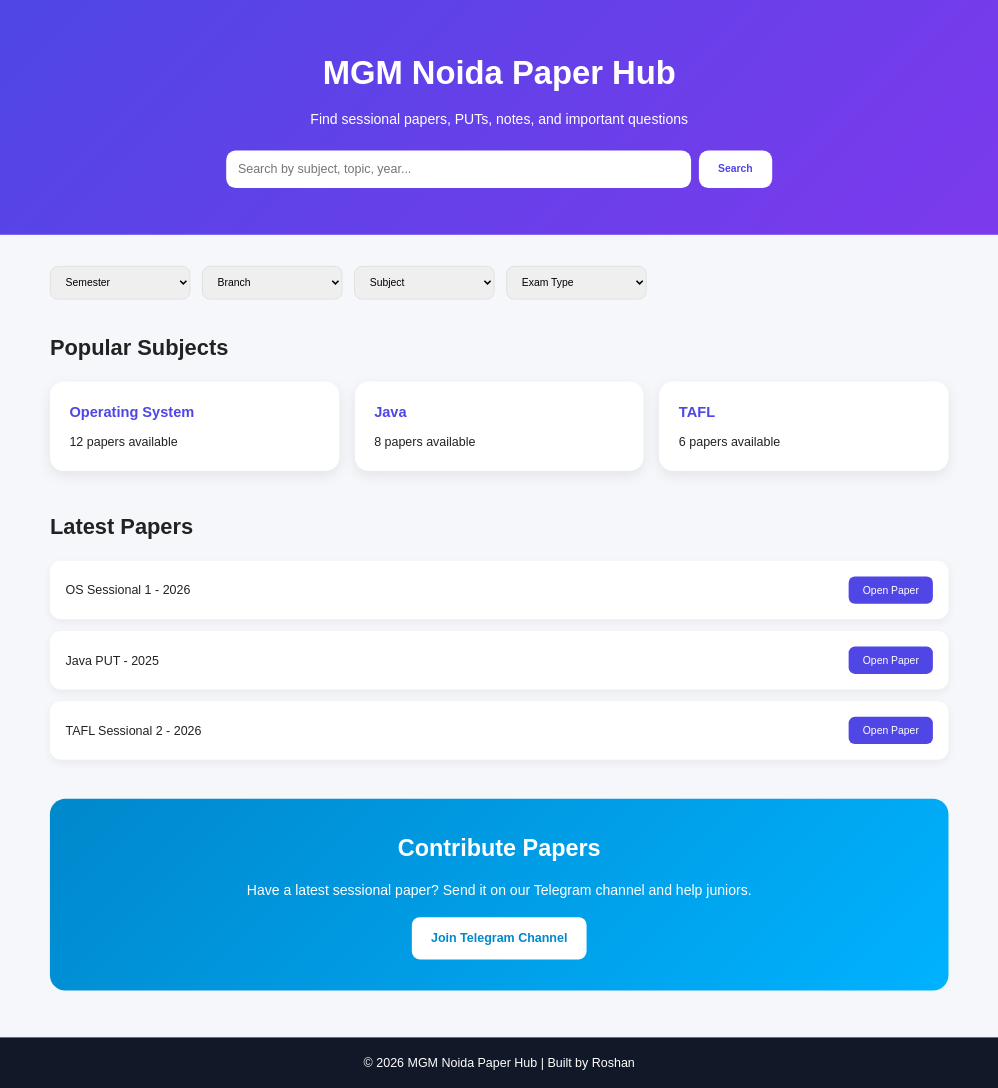
Repository: roshanworld/HackStudy
Page: home.html
An editor plug-in stored every save of this project. The page is shown before and after the next save, followed by the edit.
The browser window is 1280 px wide. The pictures show the whole page, at 78% of full size.

Above is the page before, as saved 2026-03-28 19:18:54.

### home.html
<!DOCTYPE html>
<html lang="en">
<head>
  <meta charset="UTF-8" />
  <meta name="viewport" content="width=device-width, initial-scale=1.0"/>
  <title>MGM Noida Paper Hub</title>
  <style>
    * {
      margin: 0;
      padding: 0;
      box-sizing: border-box;
      font-family: Arial, sans-serif;
    }

    body {
      background: #f5f7fb;
      color: #222;
      line-height: 1.6;
    }

    header {
      background: linear-gradient(135deg, #4f46e5, #7c3aed);
      color: white;
      padding: 60px 20px;
      text-align: center;
    }

    header h1 {
      font-size: 42px;
      margin-bottom: 12px;
    }

    header p {
      font-size: 18px;
      margin-bottom: 25px;
    }

    .search-box {
      max-width: 700px;
      margin: auto;
      display: flex;
      gap: 10px;
    }

    .search-box input {
      flex: 1;
      padding: 15px;
      border: none;
      border-radius: 12px;
      font-size: 16px;
      outline: none;
    }

    .search-box button {
      padding: 15px 25px;
      border: none;
      background: white;
      color: #4f46e5;
      font-weight: bold;
      border-radius: 12px;
      cursor: pointer;
    }

    .container {
      width: 90%;
      max-width: 1200px;
      margin: 40px auto;
    }

    .filters {
      display: flex;
      gap: 15px;
      flex-wrap: wrap;
      margin-bottom: 40px;
    }

    .filters select {
      padding: 12px 15px;
      border-radius: 10px;
      border: 1px solid #ddd;
      min-width: 180px;
    }

    .section-title {
      font-size: 28px;
      margin-bottom: 20px;
    }

    .cards {
      display: grid;
      grid-template-columns: repeat(auto-fit, minmax(250px, 1fr));
      gap: 20px;
      margin-bottom: 50px;
    }

    .card {
      background: white;
      padding: 25px;
      border-radius: 18px;
      box-shadow: 0 6px 18px rgba(0,0,0,0.08);
      transition: 0.3s;
    }

    .card:hover {
      transform: translateY(-5px);
    }

    .card h3 {
      margin-bottom: 10px;
      color: #4f46e5;
    }

    .paper-list {
      display: grid;
      gap: 15px;
      margin-bottom: 50px;
    }

    .paper-item {
      background: white;
      padding: 20px;
      border-radius: 14px;
      box-shadow: 0 4px 12px rgba(0,0,0,0.06);
      display: flex;
      justify-content: space-between;
      align-items: center;
    }

    .paper-item button {
      background: #4f46e5;
      color: white;
      border: none;
      padding: 10px 18px;
      border-radius: 8px;
      cursor: pointer;
    }

    .telegram-box {
      background: linear-gradient(135deg, #0088cc, #00b2ff);
      color: white;
      padding: 40px;
      border-radius: 20px;
      text-align: center;
    }

    .telegram-box h2 {
      margin-bottom: 15px;
      font-size: 30px;
    }

    .telegram-box p {
      margin-bottom: 20px;
      font-size: 18px;
    }

    .telegram-box a {
      display: inline-block;
      padding: 14px 25px;
      background: white;
      color: #0088cc;
      text-decoration: none;
      border-radius: 10px;
      font-weight: bold;
    }

    footer {
      margin-top: 60px;
      padding: 20px;
      text-align: center;
      background: #111827;
      color: white;
    }
  </style>
</head>
<body>

  <header>
    <h1>MGM Noida Paper Hub</h1>
    <p>Find sessional papers, PUTs, notes, and important questions</p>
    <div class="search-box">
      <input type="text" placeholder="Search by subject, topic, year..." />
      <button>Search</button>
    </div>
  </header>

  <div class="container">

    <div class="filters">
      <select>
        <option>Semester</option>
        <option>3rd</option>
        <option>4th</option>
        <option>5th</option>
      </select>

      <select>
        <option>Branch</option>
        <option>CSE</option>
        <option>IT</option>
        <option>ECE</option>
      </select>

      <select>
        <option>Subject</option>
        <option>Operating System</option>
        <option>Java</option>
        <option>TAFL</option>
      </select>

      <select>
        <option>Exam Type</option>
        <option>Sessional 1</option>
        <option>Sessional 2</option>
        <option>PUT</option>
      </select>
    </div>

    <h2 class="section-title">Popular Subjects</h2>
    <div class="cards">
      <div class="card">
        <h3>Operating System</h3>
        <p>12 papers available</p>
      </div>

      <div class="card">
        <h3>Java</h3>
        <p>8 papers available</p>
      </div>

      <div class="card">
        <h3>TAFL</h3>
        <p>6 papers available</p>
      </div>
    </div>

    <h2 class="section-title">Latest Papers</h2>
    <div class="paper-list">
      <div class="paper-item">
        <span>OS Sessional 1 - 2026</span>
        <button>Open Paper</button>
      </div>

      <div class="paper-item">
        <span>Java PUT - 2025</span>
        <button>Open Paper</button>
      </div>

      <div class="paper-item">
        <span>TAFL Sessional 2 - 2026</span>
        <button>Open Paper</button>
      </div>
    </div>

    <div class="telegram-box">
      <h2>Contribute Papers</h2>
      <p>Have a latest sessional paper? Send it on our Telegram channel and help juniors.</p>
      <a href="#">Join Telegram Channel</a>
    </div>

  </div>

  <footer>
    © 2026 MGM Noida Paper Hub | Built by Roshan
  </footer>

</body>
</html>

After the next save:
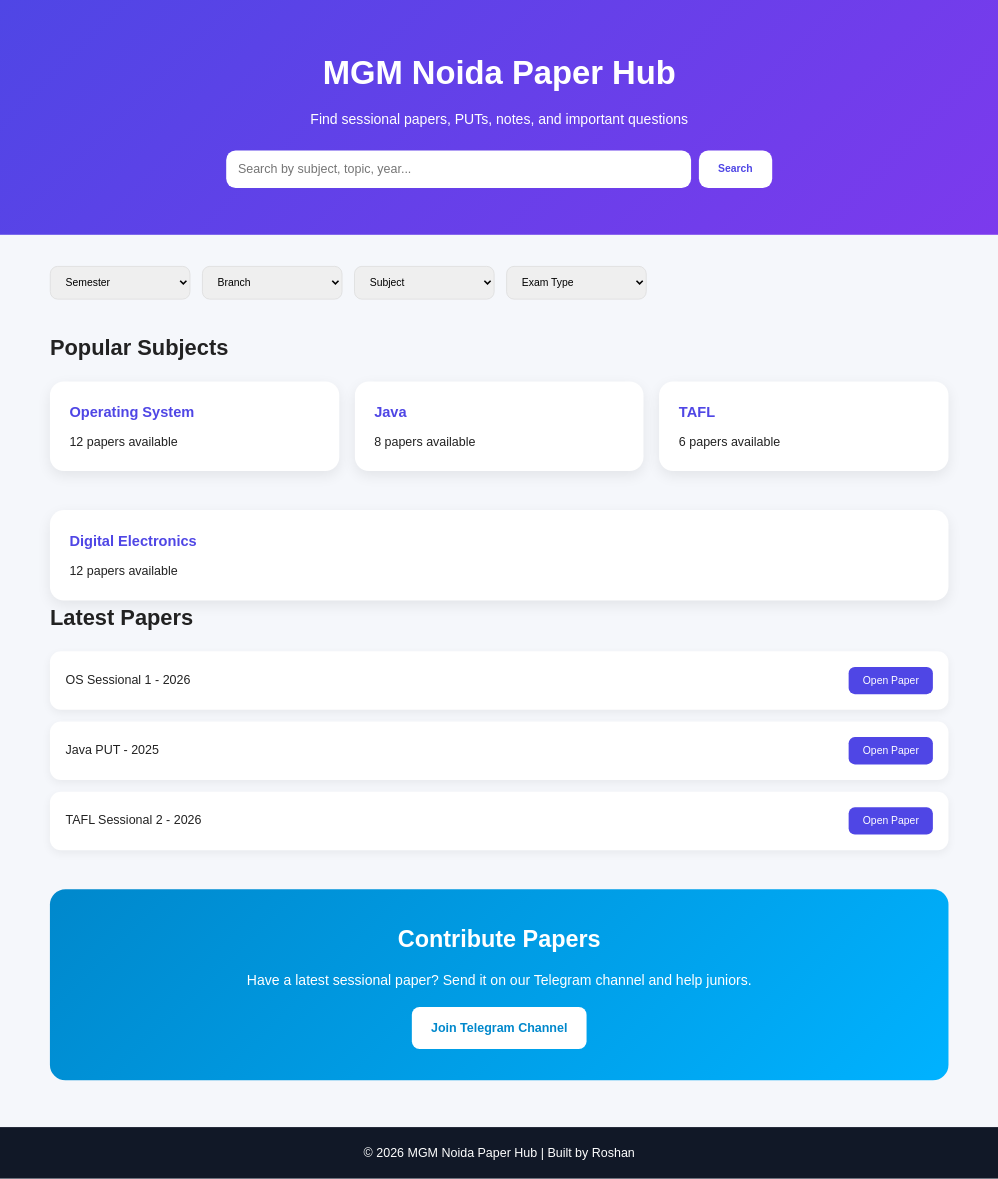
Saved 2 min 26 s later.
--- a/home.html
+++ b/home.html
@@ -233,6 +233,11 @@
       </div>
     </div>
 
+    <div class="card">
+        <h3>Digital Electronics</h3>
+        <p>12 papers available</p>
+      </div>
+
     <h2 class="section-title">Latest Papers</h2>
     <div class="paper-list">
       <div class="paper-item">
